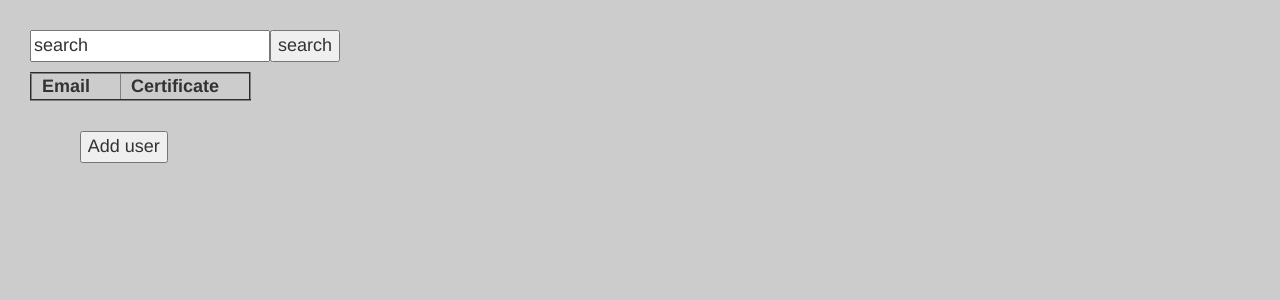
Repository: marijabroceta/ProjekatIB
Page: IB_Project_Shell/src/main/resources/static/main_page.html
The author's editor kept a copy of each file at every save. The page is drawn from the files as they stood at one save, then again after the next save.
The browser window is 1280 px wide. The pictures show the whole page.
The page's requests for data from a server got no answer.

Above is the page before, as saved 2018-06-30 22:48:03.

After the next save:
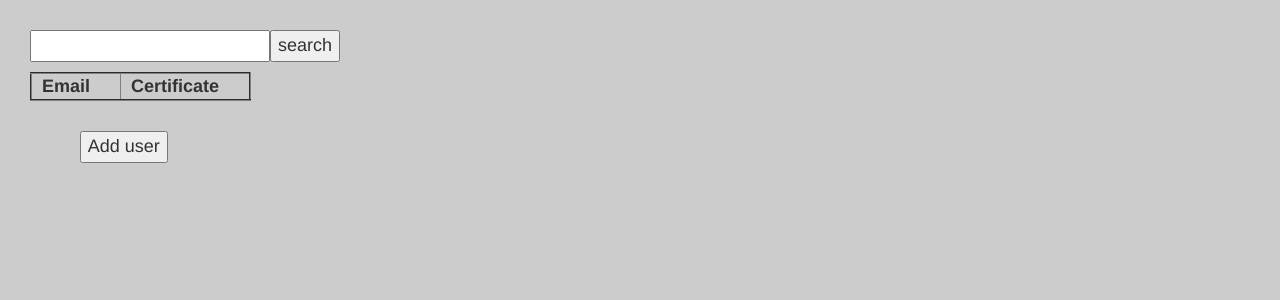
Saved 46 s later.
--- a/IB_Project_Shell/src/main/resources/static/main_page.html
+++ b/IB_Project_Shell/src/main/resources/static/main_page.html
@@ -12,7 +12,7 @@
 
 	<div id="table">
 		<div id="search_div">
-			<input type="text" name="search" id="search" value="search"/>
+			<input type="text" name="search" id="search" />
 			<input type="button" name="search_btn" id="search_btn" value="search"/>
 		</div>
 		<table id="users_table" border="2">
